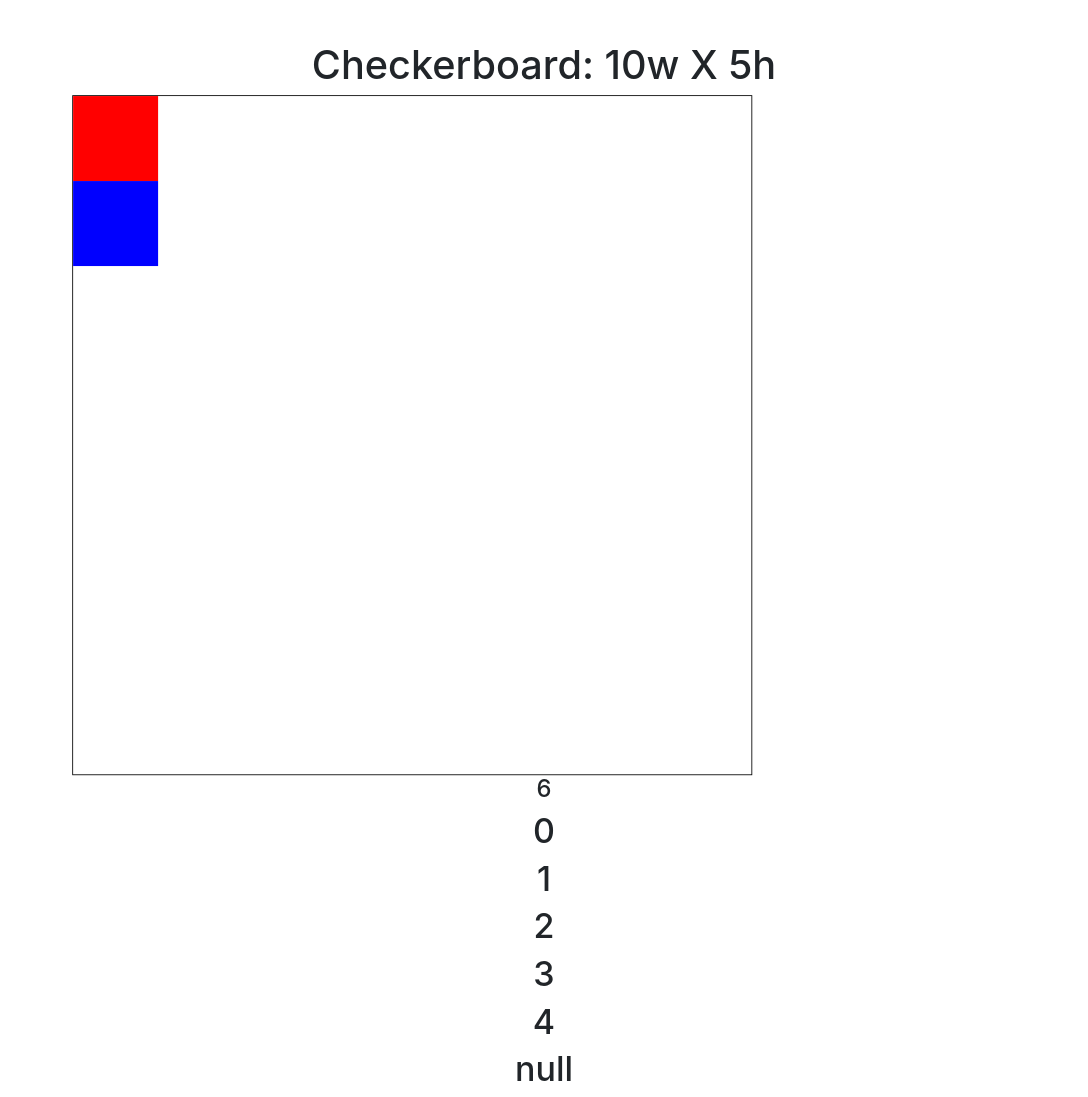
Repository: ACow3/java
Page: http://localhost/Checkerboard/checkerboard.jsp
These files come from the project's save history. The page is drawn as it stood at one moment and after the next save; the edit follows.
The browser window is 1280 px wide. The pictures show the whole page, at 85% of full size.
The page is served by Tomcat 9.

Above is the page before, as saved 2019-08-09 00:56:53.

### javaOOP/Checkerboard/WebContent/checkerboard.jsp
<%@ page language="java" contentType="text/html; charset=UTF-8"
    pageEncoding="UTF-8"%>
<!DOCTYPE html>
<html>
<head>
<meta charset="UTF-8">
<link rel="stylesheet" href="https://stackpath.bootstrapcdn.com/bootstrap/4.3.1/css/bootstrap.min.css" integrity="sha384-ggOyR0iXCbMQv3Xipma34MD+dH/1fQ784/j6cY/iJTQUOhcWr7x9JvoRxT2MZw1T" crossorigin="anonymous">
<title>Checkerboard</title>
<style>
	.container{
		text-align: center;
	}

	.cb_title{
		font-size: 35pt;
		text-align: center;
	}

	.checkerboard{
		border: 1px solid black;
		text-align: center;
		width: 800px;
		height: 800px;
	}
	.red_box{
		width: 100px;
		height: 100px;
		background-color: red;

	}
	.blue_box{
		width: 100px;
		height: 100px;
		background-color: blue;

	}
</style>
</head>
<body>

	<div class="mastercontainer">
		<div class="container mt-5">
		<h1 class="cb_title">Checkerboard: 10w X 5h</h1>

		<div class="checkerboard">
			<div class="red_box"></div>
			<div class="blue_box"></div>
		</div>

			<%!
	public int add(int a, int b) {
		return a + b;
	}
	%>

	<%
	int i = 2;
	int j = 4;
	%>

	<h3><%= add(i, j) %></h3>
	<% for(int index = 0; index < 5; index++) { %>
		<h1><%= index %></h1>
	<% } %>

	<!-- getting the value for the name parameter -->
    <% String req = request.getParameter("name"); %>
    <!-- displaying the value -->
    <h1><%= req %></h1>


		</div>

	</div>

</body>
</html>

After the next save:
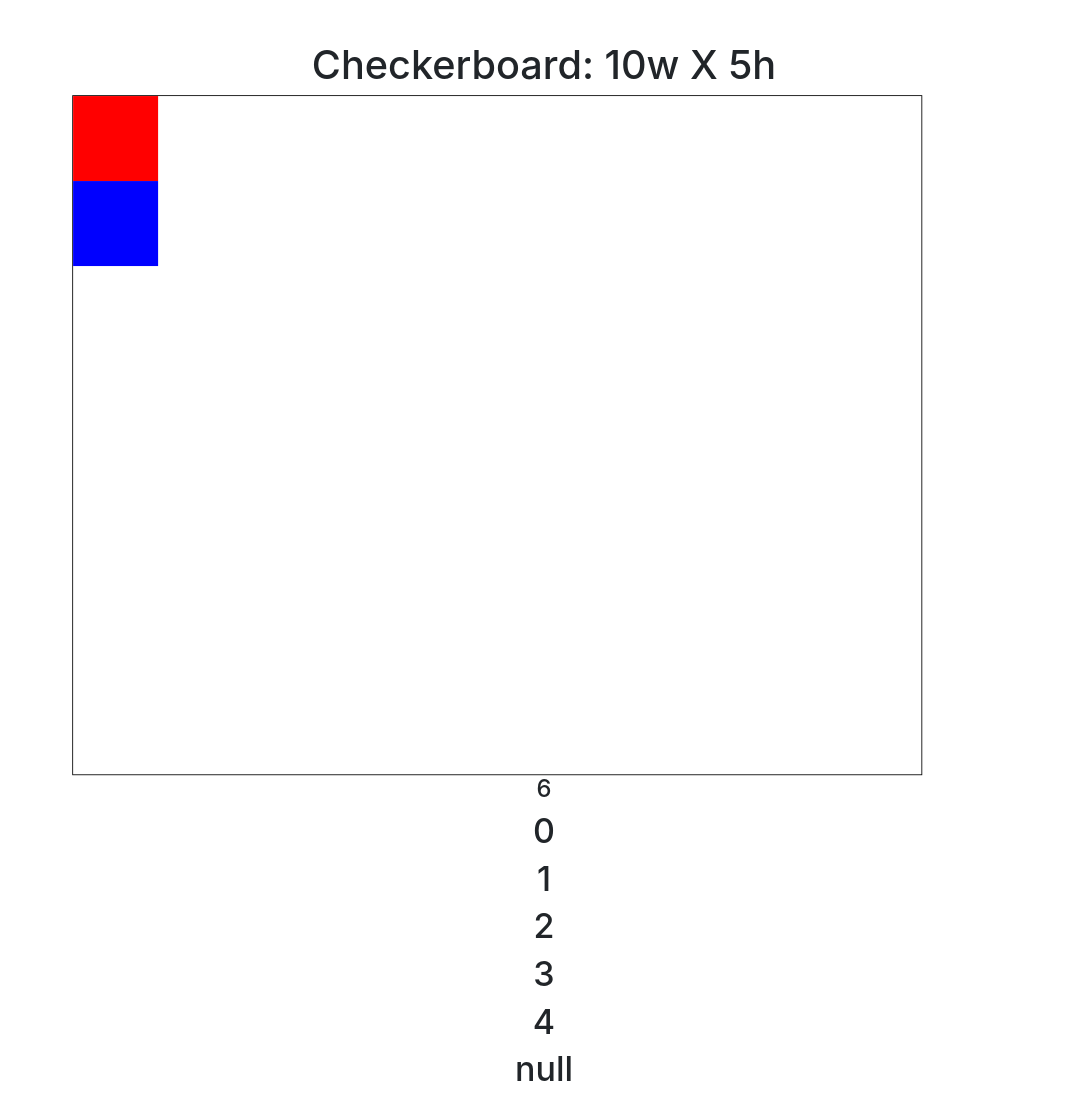
Saved 12 s later.
--- a/javaOOP/Checkerboard/WebContent/checkerboard.jsp
+++ b/javaOOP/Checkerboard/WebContent/checkerboard.jsp
@@ -19,7 +19,7 @@
 	.checkerboard{
 		border: 1px solid black;
 		text-align: center;
-		width: 800px;
+		width: 1000px;
 		height: 800px;
 	}
 	.red_box{
